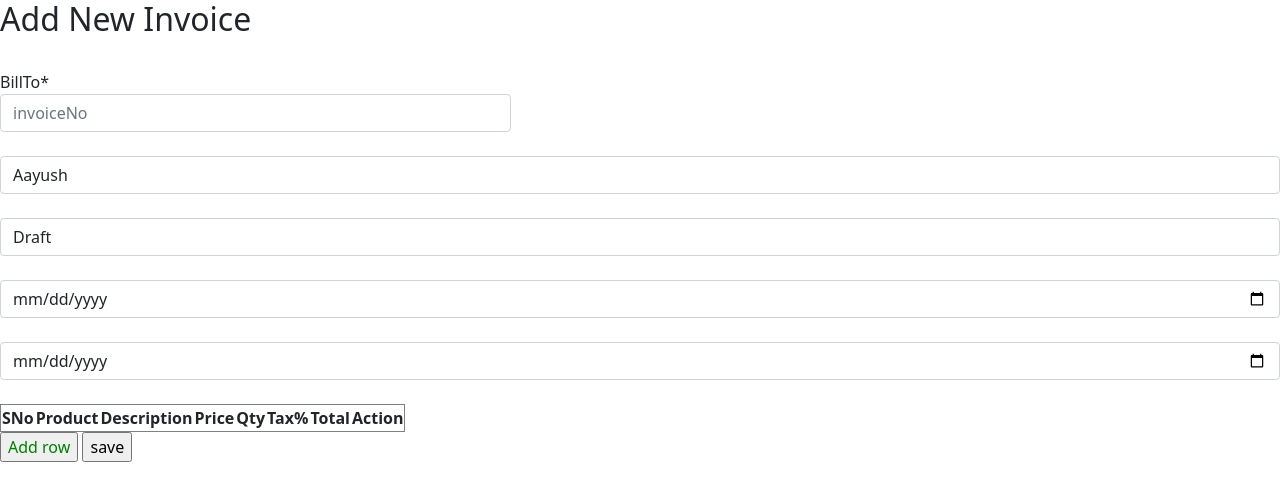
Repository: Aayush13013/Invoice_Management_app
Page: http://localhost/invoiceInfo/WEB-INF/jsp/new_invoiceInfo.jsp
These files come from the project's save history. The page is drawn as it stood at one moment and after a run of saves; the edit follows.
The browser window is 1280 px wide. The pictures show the whole page.
The page is served by Tomcat 9. Nobody is signed in. Other server files are loaded and not shown. The template is opened directly, without the code that normally fills it, so the values that code supplies are empty.

Above is the page before, as saved 2021-12-27 15:55:43.

### invoiceInfo/invoiceInfo/src/main/webapp/WEB-INF/jsp/new_invoiceInfo.jsp
<%@ page language="java" contentType="text/html; charset=ISO-8859-1"
    pageEncoding="ISO-8859-1"%>
    <%@ taglib prefix="form" uri="http://www.springframework.org/tags/form"%>
	<%@ taglib prefix="c" uri="http://java.sun.com/jsp/jstl/core"%>


	<!DOCTYPE html>
<html>

<head>
    <meta charset="ISO-8859-1">
    <title>Add New Invoice</title>
    <link href="https://cdn.jsdelivr.net/npm/bootstrap@5.0.2/dist/css/bootstrap.min.css" rel="stylesheet"
        integrity="sha384-EVSTQN3/azprG1Anm3QDgpJLIm9Nao0Yz1ztcQTwFspd3yD65VohhpuuCOmLASjC" crossorigin="anonymous">


</head>

<body>
    <script>
        function addRows(id) {
            var table = document.getElementById(id);
            var array=["Computer","Mobile","PenDrive","Mouse"];

            var rowCount = table.rows.length;
            var row = table.insertRow(rowCount);
            var counts = rowCount-1;


            var cell0 = row.insertCell(0);
            cell0.innerHTML = rowCount ;


            var cell1 = row.insertCell(1);
            var element1 = document.createElement("select");
            element1.name="listOfProducts["+counts+"].productName";
            for(var i=0; i<array.length;i++){
            	var option = document.createElement("option");
            	option.value=array[i];
            	option.text=array[i];
            	element1.appendChild(option);
            }
            cell1.appendChild(element1);


            var cell2 = row.insertCell(2);
            var element2 = document.createElement("textarea");
            element2.type = "text";
            element2.name="listOfProducts["+counts+"].description";
            cell2.appendChild(element2);

            var cell3 = row.insertCell(3);
            var element3 = document.createElement("input");
            element3.type = "number";
            element3.name="listOfProducts["+counts+"].price";
            cell3.appendChild(element3);

            var cell4 = row.insertCell(4);
            var element4 = document.createElement("input");
            element4.type = "number";
            element4.name="listOfProducts["+counts+"].qty";
            cell4.appendChild(element4);

            var cell5 = row.insertCell(5);
            var element5 = document.createElement("input");
            element5.type = "number";
            element5.name="listOfProducts["+counts+"].taxPercent";
            cell5.appendChild(element5);

            var cell6 = row.insertCell(6);
            var element6 = document.createElement("input");
            element6.type = "number";
            element6.name="listOfProducts["+counts+"].total";
            cell6.appendChild(element6);


        }
    </script>


    <h2>Add New Invoice</h2><br>



    <form:form action="/saveInvoice" modelAttribute="invoiceInfo" method="POST">
        <form:hidden path="id" placeholder="id" class="form-control mb-4 col-4" />
		<div class="form-row">
		<div class="form-group col-md-2">
			<label>BillTo*</label>
		</div>
		<div></div>
        <form:input type="text" path="invoiceNo" placeholder="invoiceNo" class="form-control mb-4 col-4" style="width:511px;"/>
		</div>
        <form:select path="billTo"  class="form-control mb-4 col-4" required="required" >
        	<optgroup label="Select_Customer">
	        	<form:option value="Aayush"></form:option>
	        	<form:option value="Shridhar"></form:option>
	        	<form:option value="Suneel"></form:option>
	        	<form:option value="Lekhana"></form:option>
        	</optgroup>
        </form:select>

        <form:select  path="status" class="form-control mb-4 col-4" >
	        <optgroup label="Select_Status">
	        	<form:option value="Draft"></form:option>
	        	<form:option value="Sent"></form:option>
	        	<form:option value="Paid"></form:option>
        	</optgroup>
        </form:select>

        <form:input type="date" path="invoiceDate" placeholder="invoiceDate" class="form-control mb-4 col-4" />

        <form:input type="date" path="dueDate" placeholder="dueDate" class="form-control mb-4 col-4" />

        <table id="myTable"  border="1">
            <thead>
                <tr>
                    <th>SNo</th>
                    <th>Product</th>
                    <th>Description</th>
                    <th>Price</th>
                    <th>Qty</th>
                    <th>Tax%</th>
                    <th>Total</th>
                    <th>Action</th>
                </tr>

            </thead>

        </table>
        <input type="button" value="Add row" onclick="addRows('myTable')" style="color:green;" />
        <input type="submit" value="save" />
    </form:form>
</body>

</html>

After the next 5 saves:
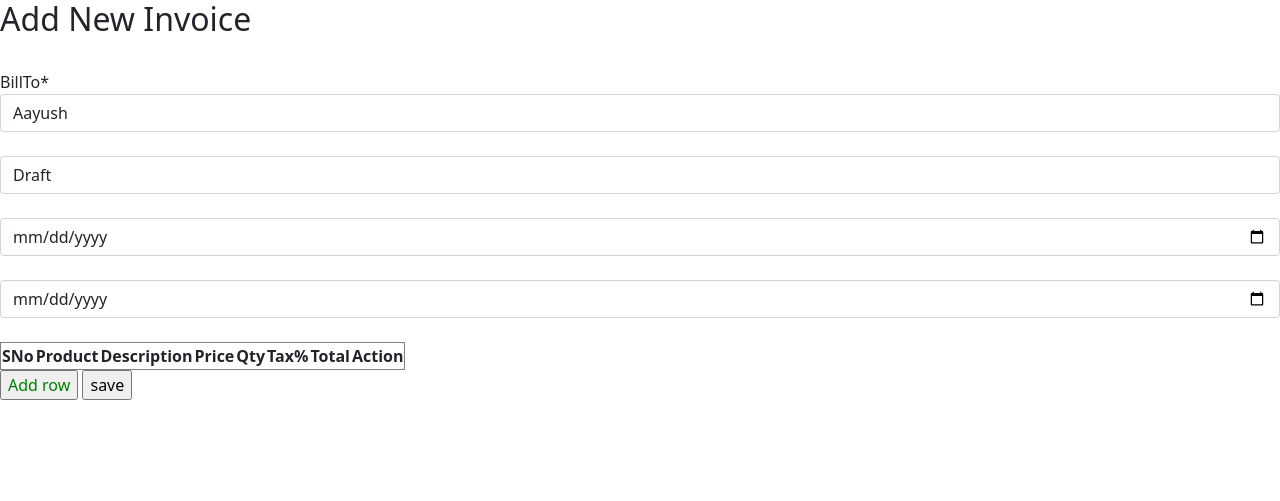
The 5 saves are shown as one change because they came seconds apart.
The last was saved 20 s later.
--- a/invoiceInfo/invoiceInfo/src/main/webapp/WEB-INF/jsp/new_invoiceInfo.jsp
+++ b/invoiceInfo/invoiceInfo/src/main/webapp/WEB-INF/jsp/new_invoiceInfo.jsp
@@ -88,8 +88,9 @@
 		<div class="form-group col-md-2">
 			<label>BillTo*</label>
 		</div>
-		<div></div>
+		<div class="form-group colmd-4>
         <form:input type="text" path="invoiceNo" placeholder="invoiceNo" class="form-control mb-4 col-4" style="width:511px;"/>
+		</div>
 		</div>
         <form:select path="billTo"  class="form-control mb-4 col-4" required="required" >
         	<optgroup label="Select_Customer">

After the 2 saves that followed:
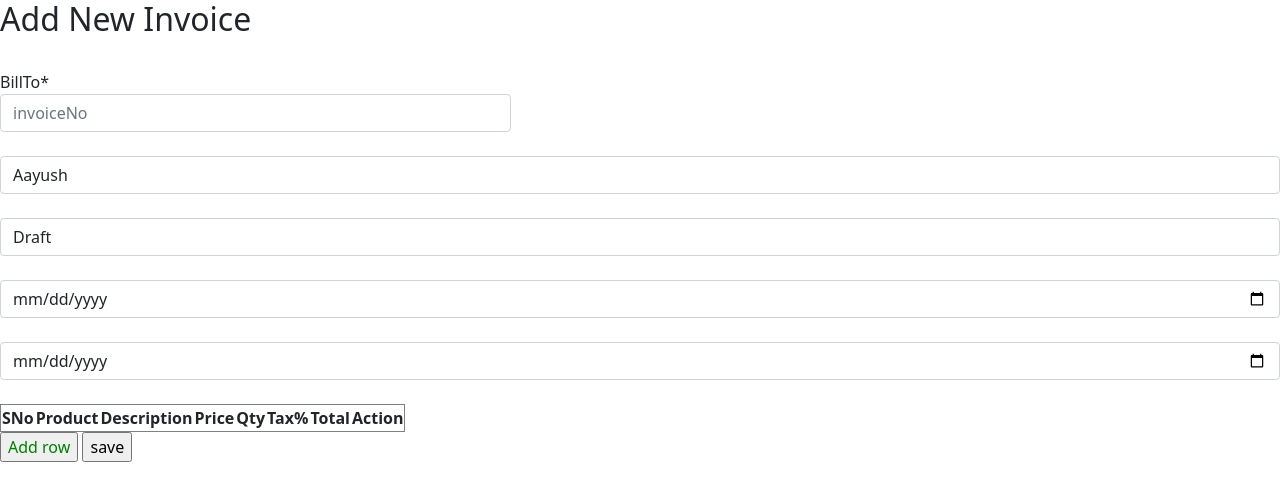
The 2 saves are shown as one change because 1 left the picture as it was.
The last was saved 14 s later.
--- a/invoiceInfo/invoiceInfo/src/main/webapp/WEB-INF/jsp/new_invoiceInfo.jsp
+++ b/invoiceInfo/invoiceInfo/src/main/webapp/WEB-INF/jsp/new_invoiceInfo.jsp
@@ -88,7 +88,7 @@
 		<div class="form-group col-md-2">
 			<label>BillTo*</label>
 		</div>
-		<div class="form-group colmd-4>
+		<div class="form-group col-md-4">
         <form:input type="text" path="invoiceNo" placeholder="invoiceNo" class="form-control mb-4 col-4" style="width:511px;"/>
 		</div>
 		</div>
